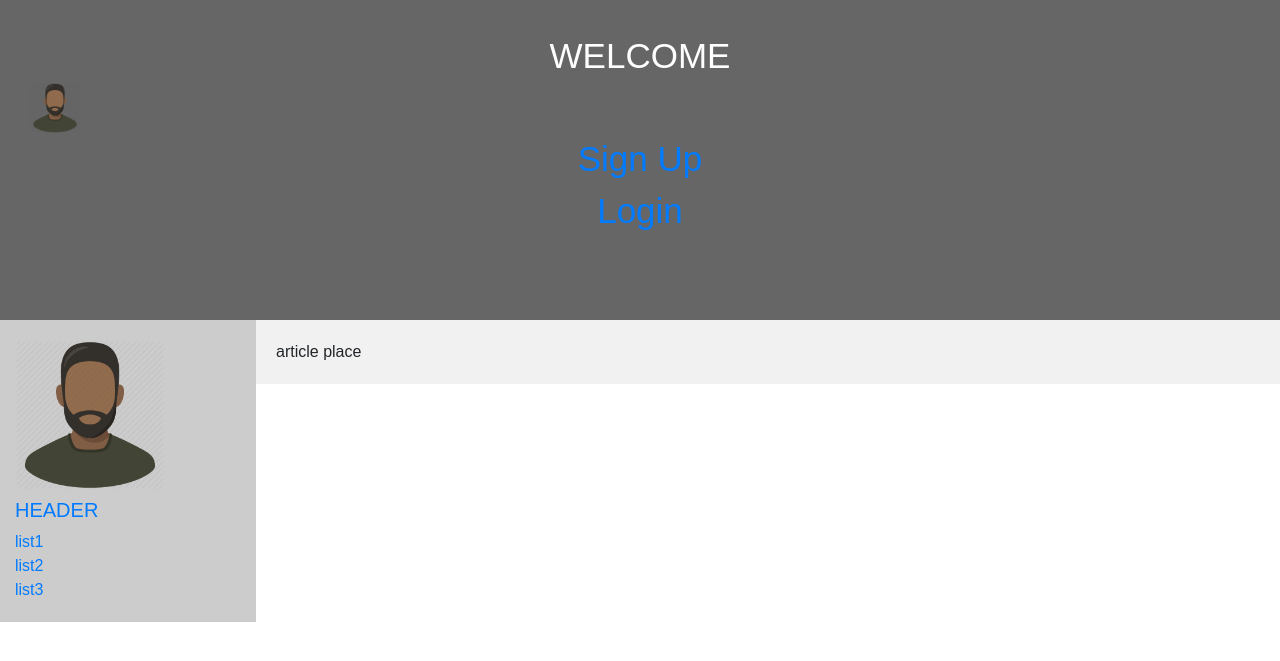
Repository: idrice24/IDRICE24-DASHBOARD
Page: html/header.html
The author's editor kept a copy of each file at every save. The page is drawn from the files as they stood at one save, then again after the next save.
The browser window is 1280 px wide. The pictures show the whole page.

Above is the page before, as saved 2020-09-03 23:55:17.

### html/header.html
<!DOCTYPE html>
<html lang="en">

<head>
    <meta charset="UTF-8">
    <meta name="viewport" content="width=device-width, initial-scale=1.0">
    <meta http-equiv="X-UA-Compatible" content="ie=edge">
    <title>Document</title>
    <link rel="stylesheet" href="../vendor/bootstrap-4.1/bootstrap.min.css">
    <link rel="stylesheet" href="../vendor/font-awesome-4.7/css/font-awesome.min.css">
    <link rel="stylesheet" href="../vendor/idrice24folder/idrice24.css">
</head>

<body>
    <header>WELCOME
        <ul class="nav navbar-nav navbar-right">
            <img src="../imgs/login2.PNG" alt="Pulpit Rock" style="width:50px;height:50px;display:inline-block;float:left">
            <li><a href="#"><span class="glyphicon glyphicon-user"></span> Sign Up</a></li>
            <li><a href="#"><span class="glyphicon glyphicon-log-in"></span> Login</a></li>
        </ul>
        <div class="row">
            <div class="col-md-4" style="display:inline-block">
                <a href="../imgs/login2.PNG" class="thumbnail" style="display:inline-block">

                </a>
            </div>
        </div>
    </header>
    <section>
        <nav class="nav nav-pills nav-stacked">
            <div class="container-fluid">
                <div class="row">
                    <div class="col-md-4">
                        <a href="../imgs/login2.PNG" class="thumbnail">
                            <img src="../imgs/login2.PNG" alt="Pulpit Rock" style="width:150px;height:150px">
                        </a>
                    </div>
                </div>
                <div class="navbar-header">
                    <a class="navbar-brand" href="#">HEADER</a>
                </div>

                <ul class="nav navbar-nav">
                    <li class="active"><a href="#">list1</a></li>
                    <li><a href="#">list2</a></li>
                    <li><a href="#">list3</a></li>
                </ul>
        </nav>








        <article>article place</article>
    </section>

</body>

</html>

Loaded but not shown: vendor/bootstrap-4.1/bootstrap.min.css (library); vendor/font-awesome-4.7/css/font-awesome.min.css (library); vendor/idrice24folder/idrice24.css (library)

After the next save:
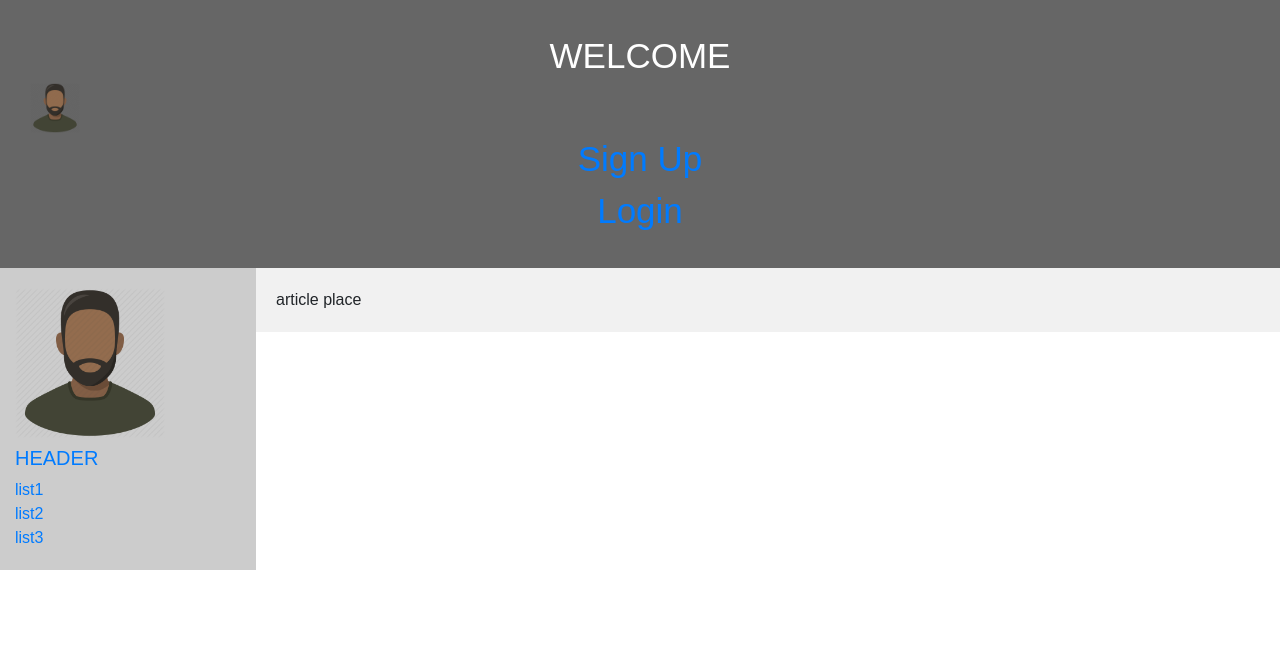
Saved 17 s later.
--- a/html/header.html
+++ b/html/header.html
@@ -18,13 +18,6 @@
             <li><a href="#"><span class="glyphicon glyphicon-user"></span> Sign Up</a></li>
             <li><a href="#"><span class="glyphicon glyphicon-log-in"></span> Login</a></li>
         </ul>
-        <div class="row">
-            <div class="col-md-4" style="display:inline-block">
-                <a href="../imgs/login2.PNG" class="thumbnail" style="display:inline-block">
-
-                </a>
-            </div>
-        </div>
     </header>
     <section>
         <nav class="nav nav-pills nav-stacked">
